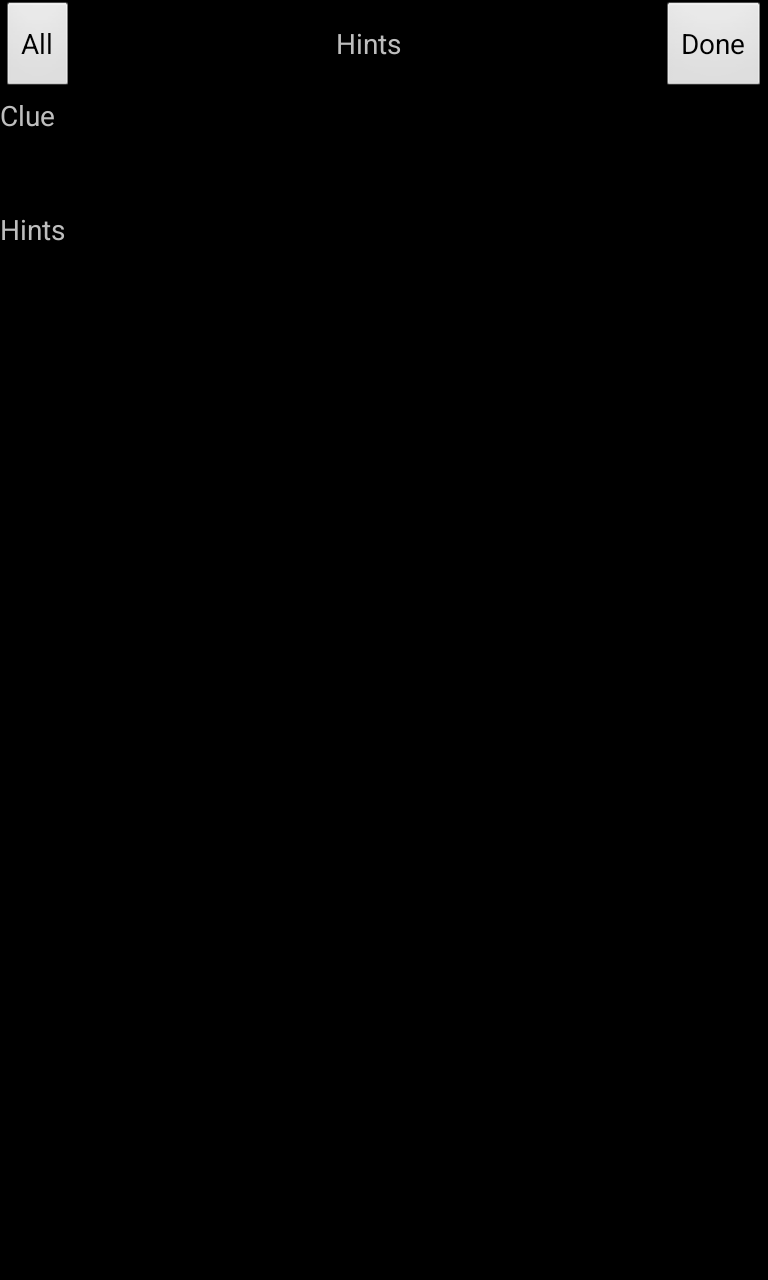
Repository: simplesns/workspace
Layout: eclipse/DEPuzzles/res/layout/crosswordshint.xml
The author's editor kept a copy of each file at every save. The layout is drawn from the files as they stood at one save, then again after the next save.
It is drawn on a 768 x 1280 px phone screen (xhdpi) without system bars, with theme android:Theme; the app's code is not run.

Above is the layout before, as saved 2011-01-29 07:33:40.

After the next save:
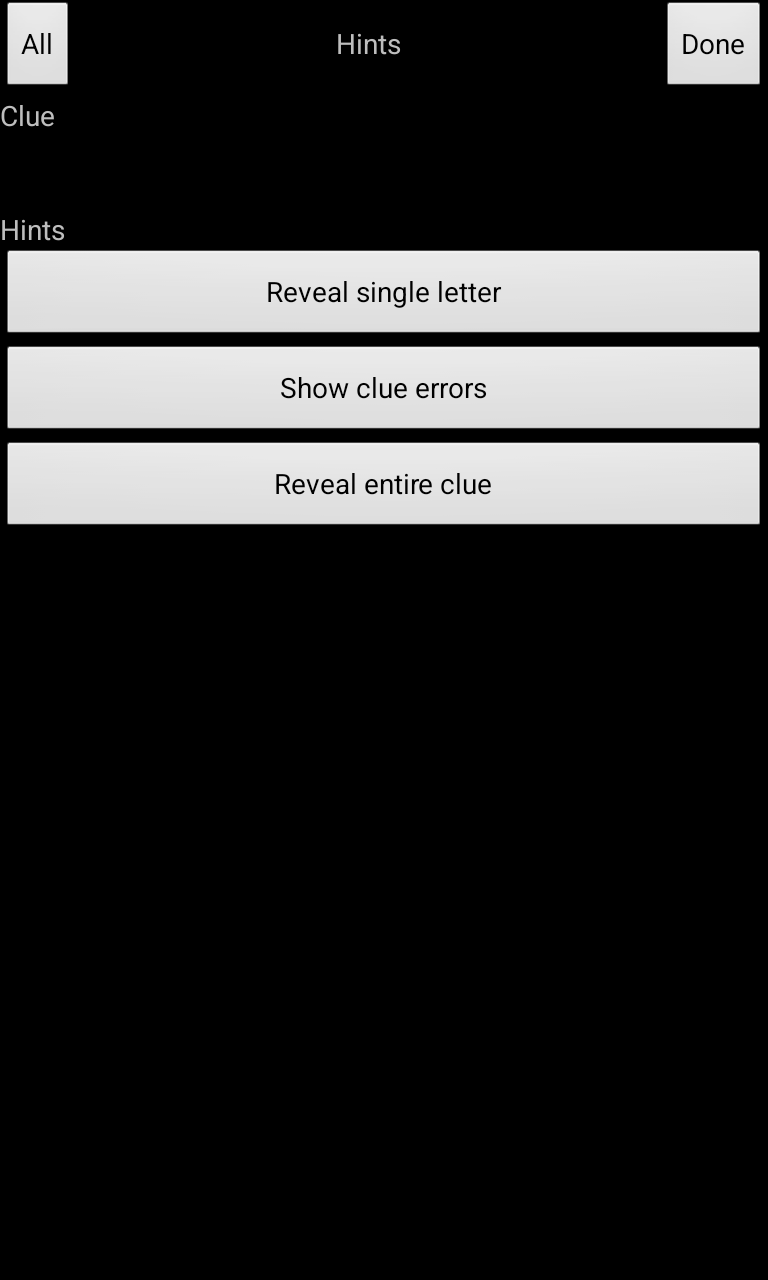
Saved 105 s later.
--- a/eclipse/DEPuzzles/res/layout/crosswordshint.xml
+++ b/eclipse/DEPuzzles/res/layout/crosswordshint.xml
@@ -16,4 +16,7 @@
 <TextView android:text="@+id/TextView03" android:id="@+id/TextView03" android:layout_width="wrap_content" android:layout_height="wrap_content"></TextView>
 <TextView android:text="@+id/TextView04" android:id="@+id/TextView04" android:layout_width="wrap_content" android:layout_height="wrap_content"></TextView>
 <TextView android:id="@+id/TextView05" android:layout_width="wrap_content" android:layout_height="wrap_content" android:text="Hints"></TextView>
+<Button android:id="@+id/Button03" android:layout_height="wrap_content" android:text="Reveal single letter" android:layout_width="fill_parent"></Button>
+<Button android:id="@+id/Button04" android:layout_height="wrap_content" android:text="Show clue errors" android:layout_width="fill_parent"></Button>
+<Button android:id="@+id/Button05" android:layout_height="wrap_content" android:text="Reveal entire clue" android:layout_width="fill_parent"></Button>
 </LinearLayout>
